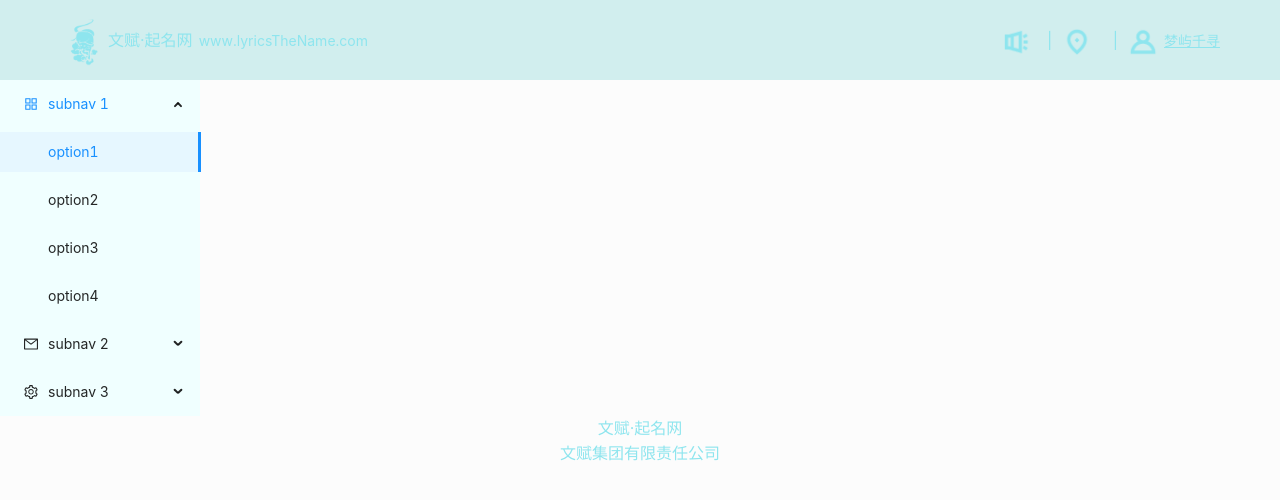
Repository: fangxueliang/react-redux-
Page: /
An editor plug-in stored every save of this project. The page is shown before and after the next save, followed by the edit.
The browser window is 1280 px wide. The pictures show the whole page.
The project was rebuilt for these pictures with package versions that can differ from the ones it lists, and the page was loaded fresh each time.

Above is the page before, as saved 2020-12-30 12:43:57.

### public/index.html
<!DOCTYPE html>
<html lang="en">
  <head>
    <meta charset="utf-8" />
    <meta name="theme-color" content="#000000" />
    <meta name="description" content="Web site created using create-react-app" />
    <title>React App</title>
  </head>
  <body>
    <div id="root"></div>
  </body>
</html>

### src/index.js
// 主入口文件
//主入口
import React from 'react';//引入react
import ReactDOM from 'react-dom';
import { Main } from './Pages';//引入Main文件

import 'antd/dist/antd.css'//antd样式
import './Common/CSS/layout.css'//布局样式
import './Common/CSS/common.css'//引入公共样式

ReactDOM.render(
  <div className="main">
    <Main />
  </div>,
  document.getElementById('root')
);

### src/Pages/index.js
import React from 'react';
import { Layout } from 'antd'
import { MenuSider } from "./Menu/menu";
import { HeaderCommon } from "./Header/header";
import { FooterCommon } from "./Footer/footer";

const { Header, Footer, Content, Sider } = Layout
export const Main = () => {
    return (

        <div className="Home_layout">
            {/* 头部header */}
            <div className="Home_header">
                <HeaderCommon />
            </div>
            <div >

                {/* 左侧导航Sider */}
                <Sider>
                    <MenuSider />
                </Sider>
                {/* 主要内容Content */}
                <div></div>

            </div>
            {/* 底部footer */}
            <div >

                <div>
                    <FooterCommon />
                </div>

            </div>
        </div>


    );
}

### src/Common/CSS/layout.css
/* 布局样式  */
.Home_layout {
    position: relative;
    min-height: 100%;
}

.Home_layout .Home_header {
    height: 80px;
    line-height: 80px;
    padding: 0 60px;
    background: #D1EEEE;
}

.Home_layout .Home_footer {
    position: absolute;
    bottom: 0;
    height: 180px;
    width: 100%;
    padding: 0 60px;
    background: #D1EEEE;
}

.Home_layout .ant-layout-sider .ant-menu {
    background: #F0FFFF;
}

### src/Common/CSS/common.css
/* 公共样式 */
body {
    width: 100%;
    height: 100%;
    background: #FCFCFC;
    margin: 0;
}

.main {
    font-size: 16px;
}

### src/Pages/Menu/menu.js
// 左侧菜单
import React from 'react';
import { Menu } from 'antd';
import { AppstoreOutlined, MailOutlined, SettingOutlined } from '@ant-design/icons';

const { SubMenu } = Menu;

export const MenuSider = () => {
    return (
        <Menu
            mode="inline"
            defaultSelectedKeys={['1']}
            defaultOpenKeys={['sub1']}
            style={{ height: '100%', borderRight: 0 }}
        >
            <SubMenu key="sub1" icon={<AppstoreOutlined />} title="subnav 1">
                <Menu.Item key="1">option1</Menu.Item>
                <Menu.Item key="2">option2</Menu.Item>
                <Menu.Item key="3">option3</Menu.Item>
                <Menu.Item key="4">option4</Menu.Item>
            </SubMenu>
            <SubMenu key="sub2" icon={<MailOutlined />} title="subnav 2">
                <Menu.Item key="5">option5</Menu.Item>
                <Menu.Item key="6">option6</Menu.Item>
                <Menu.Item key="7">option7</Menu.Item>
                <Menu.Item key="8">option8</Menu.Item>
            </SubMenu>
            <SubMenu key="sub3" icon={<SettingOutlined />} title="subnav 3">
                <Menu.Item key="9">option9</Menu.Item>
                <Menu.Item key="10">option10</Menu.Item>
                <Menu.Item key="11">option11</Menu.Item>
                <Menu.Item key="12">option12</Menu.Item>
            </SubMenu>
        </Menu>
    )
}

### src/Pages/Header/header.js
// 头部
import React from 'react';
import logo from "../../Asset/img/logo.png";
import myImg from "../../Asset/img/我的.png";
import remindImg from "../../Asset/img/提醒.png";
import positioningImg from "../../Asset/img/定位.png";
import './header.css'

export const HeaderCommon = () => {
    return (
        <div className="header">
            <div className="header_item">
                <img src={logo} className="logo" alt="蓝龙" />
                <span className="logo_title">文赋·起名网</span>
                <a className="logo_URL" href="/">www.lyricsTheName.com</a>
            </div>
            <div className="header_item"></div>
            <div className="header_item header_item_right">
                <span>
                    <img src={remindImg} alt="我的" />
                </span>
                <span className="header_separated">|</span>
                <span>
                    <img src={positioningImg} alt="我的" />
                </span>
                <span className="header_separated"> |</span>
                <span>
                    <img src={myImg} alt="我的" />
                    <span className="header_myName">梦屿千寻</span>
                </span>
            </div>
        </div>
    )
}

### src/Pages/Footer/footer.js
// 头部
import React from 'react';
import './footer.css'

export const FooterCommon = () => {
    return (
        <div className="footer">
            <div>文赋·起名网</div>
            <div>文赋集团有限责任公司</div>
        </div>
    )
}

### src/Pages/Header/header.css
.header {
    display: flex;
    width: 100%;
    height: 100%;
    justify-content: space-between;
}

.header .header_item {
    display: inline-block;
}

.header .header_item .logo {
    width: 48px;
    height: 48px;
}

.header .header_item_right {
    color: #8ee5ee
}

.header .header_item_right img {
    width: 30px;
    height: 30px;
    margin-right: 6px;
}

.header .header_item_right .header_separated {
    margin: 0 10px
}

.header .logo_title {
    color: #8ee5ee
}

.header .logo_URL {
    margin-left: 6px;
    color: #8ee5ee;
    font-size: 14px;
}

.header .header_myName {
    font-size: 14px;
    text-decoration: underline;
}

### src/Pages/Footer/footer.css
.footer {
    text-align: center;
}

.footer div {
    color: #8ee5ee
}

After the next save:
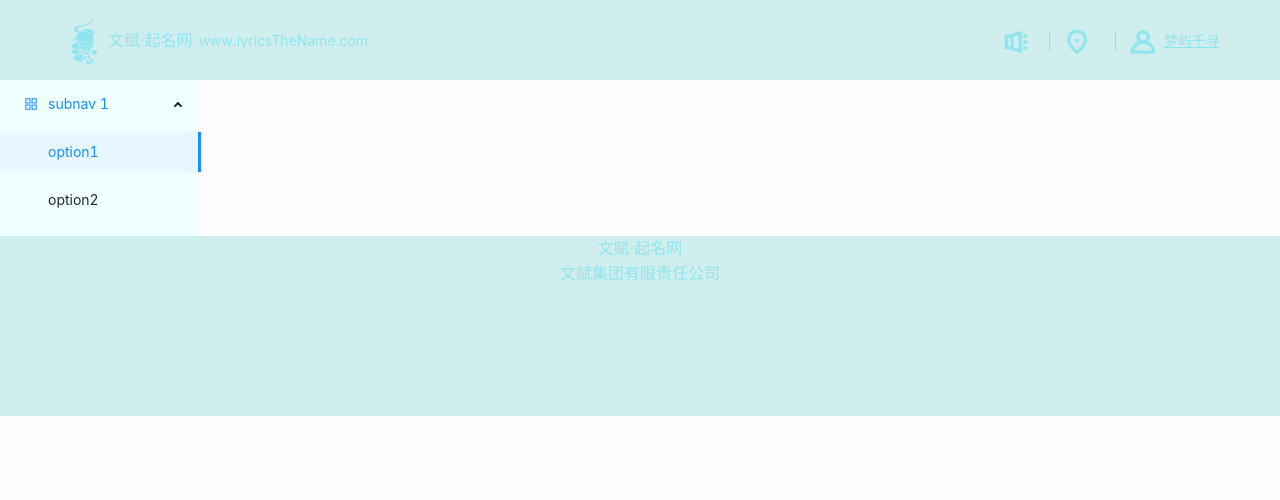
Saved 11 s later.
--- a/src/Pages/index.js
+++ b/src/Pages/index.js
@@ -21,15 +21,10 @@ export const Main = () => {
                 </Sider>
                 {/* 主要内容Content */}
                 <div></div>
-
             </div>
             {/* 底部footer */}
-            <div >
-
-                <div>
-                    <FooterCommon />
-                </div>
-
+            <div className="Home_footer">
+                <FooterCommon />
             </div>
         </div>
 
